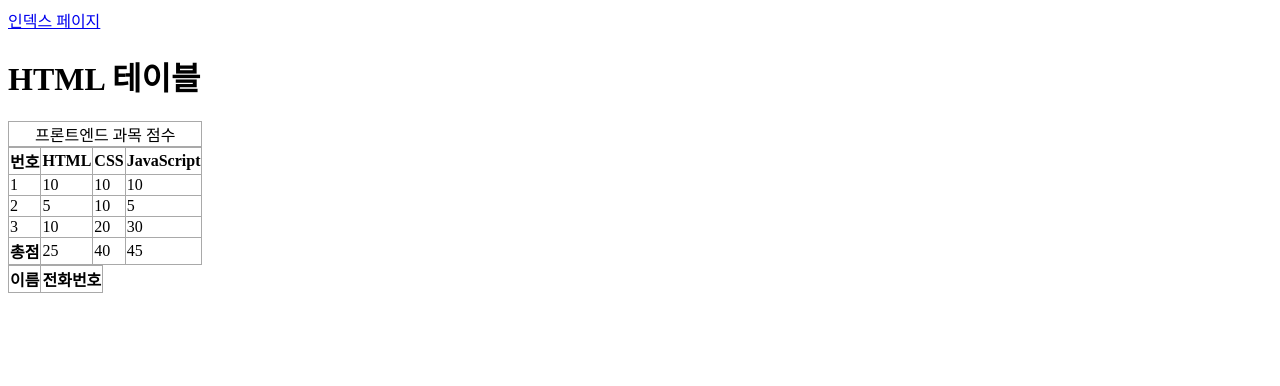
Repository: Sid0130/HTML
Page: lab-web/lab01_html/src/main/webapp/table.html
An editor plug-in stored every save of this project. The page is shown before and after the next save, followed by the edit.
The browser window is 1280 px wide. The pictures show the whole page.

Above is the page before, as saved 2024-12-03 07:48:52.

### lab-web/lab01_html/src/main/webapp/table.html
<!DOCTYPE html>
<html>
	<head>
		<meta charset="UTF-8">
		<title>Lab01</title>

        <!-- CSS 설정: -->
        <style>
            table, th, td, caption {
                border: 1px solid darkgray;
                border-collapse: collapse;
            }
        </style>
	</head>
	<body>
		<a href="index.html">인덱스 페이지</a>

        <h1>HTML 테이블</h1>
        <table>
            <caption>프론트엔드 과목 점수</caption>
                <thead> <!-- table header(표 머릿글): 컬럼 이름 -->
                    <tr> <!-- table row(표 행) -->
                        <th>번호</th> <!-- table cell header -->
                        <th>HTML</th>
                        <th>CSS</th>
                        <th>JavaScript</th>
                    </tr>
                </thead>
                <tbody> <!-- table body(표 몸통) -->
                    <tr>
                        <td>1</td><!-- table cell data -->
                        <td>10</td>
                        <td>10</td>
                        <td>10</td>
                    </tr>
                    <tr>
                        <td>2</td>
                        <td>5</td>
                        <td>10</td>
                        <td>5</td>
                    </tr>
                    <tr>
                        <td>3</td>
                        <td>10</td>
                        <td>20</td>
                        <td>30</td>
                    </tr>
                </tbody>
                <tfoot> <!-- table footer(표 꼬릿글) -->
                    <tr>
                        <th>총점</th>
                        <td>25</td>
                        <td>40</td>
                        <td>45</td>
                    </tr>
                </tfoot>
        </table>



        <table>
            <thead>
                <tr>
                    <th>이름</th>
                    <th>전화번호</th>
                </tr>
            </thead>
            <tbody>
                <tr>
                </tr>
            </tbody>
        </table>

        <table>

        </table>
	</body>
</html>

After the next save:
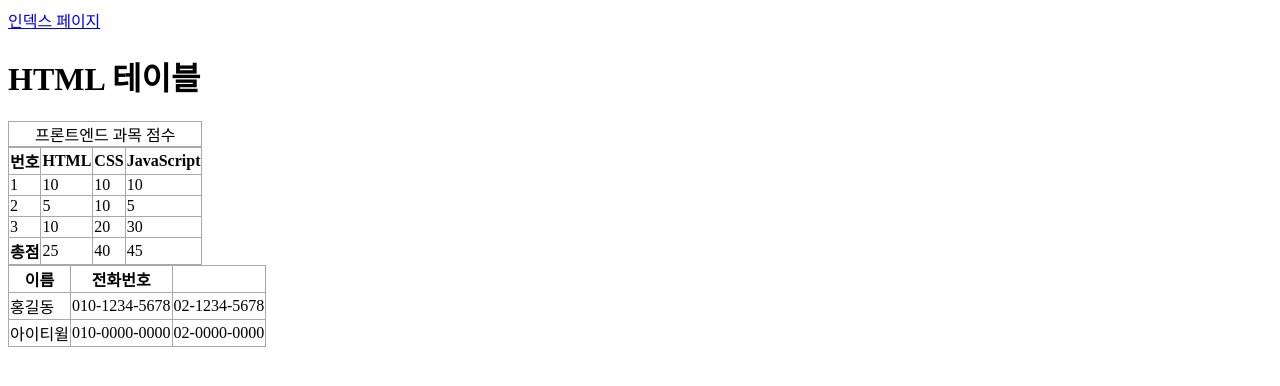
Saved 84 s later.
--- a/lab-web/lab01_html/src/main/webapp/table.html
+++ b/lab-web/lab01_html/src/main/webapp/table.html
@@ -67,6 +67,14 @@
             </thead>
             <tbody>
                 <tr>
+                    <td>홍길동</td>
+                    <td>010-1234-5678</td>
+                    <td>02-1234-5678</td>
+                </tr>
+                <tr>
+                    <td>아이티윌</td>
+                    <td>010-0000-0000</td>
+                    <td>02-0000-0000</td>
                 </tr>
             </tbody>
         </table>
